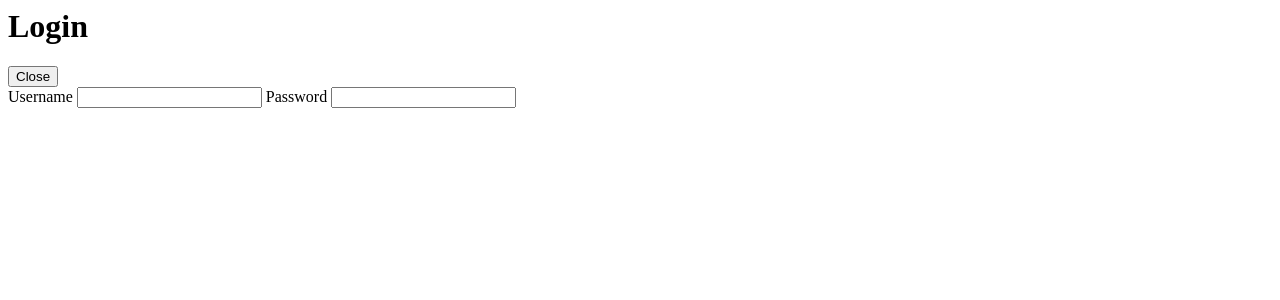
Repository: agustinbaretto/rainbow
Page: Rainbow/www/templates/login.html
The author's editor kept a record of every edit. The page is drawn from the files as they stood at one moment, then again after the next edit.
The browser window is 1280 px wide. The pictures show the whole page.

Above is the page before.

### Rainbow/www/templates/login.html
<div class="modal">
  <ion-header-bar>
    <h1 class="title">Login</h1>
    <div class="buttons">
      <button class="button button-clear" ng-click="closeLogin()">Close</button>
    </div>
  </ion-header-bar>
  <ion-content>
    <form ng-submit="doLogin()">
      <div class="list">
        <label class="item item-input">
          <span class="input-label">Username</span>
          <input type="text" ng-model="loginData.username">
        </label>
        <label class="item item-input">
          <span class="input-label">Password</span>
          <input type="password" ng-model="loginData.password">
        </label>
        <!--label class="item">
          <button class="button button-block button-positive" type="submit">Log in</button>
        </label>
        <button class="button button-block button-positive" ng-click="fbLogin()">
          Login with Facebook
        </button>
      </div>
    </form>
  </ion-content>
</div>

After the next edit:
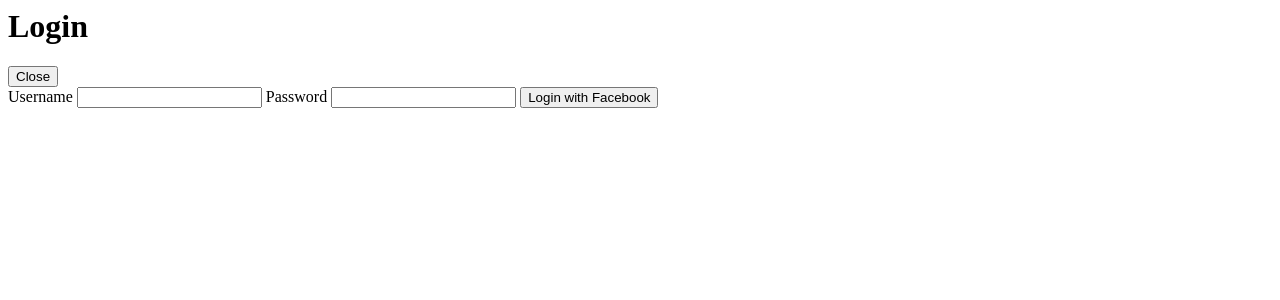
The edit:
--- a/Rainbow/www/templates/login.html
+++ b/Rainbow/www/templates/login.html
@@ -18,7 +18,7 @@
         </label>
         <!--label class="item">
           <button class="button button-block button-positive" type="submit">Log in</button>
-        </label>
+        </label-->
         <button class="button button-block button-positive" ng-click="fbLogin()">
           Login with Facebook
         </button>
